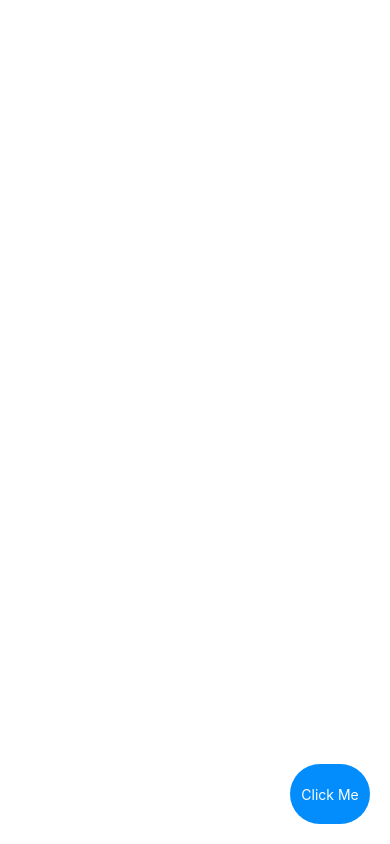
Repository: CodeBunny786/React-Native-Reveal-Animation
Screen: /
These files come from the project's save history. The screen is drawn as it stood at one moment and after the next save; the edit follows.
The app was drawn by React Native's web renderer in a window 390 px wide. The project was rebuilt for these pictures with package versions that can differ from the ones it lists, and the page was loaded fresh each time.

Above is the screen before, as saved 2019-10-28 12:30:52.

### App.js
import React, { Component } from "react";
import { StyleSheet, View, Animated, Text, TouchableWithoutFeedback } from "react-native";

// import { MaterialCommunityIcons as Icon } from "@expo/vector-icons";

export default class animations extends Component {
  state = {
    animation: new Animated.Value(0),
  };
  toggleOpen = () => {
    if (this._open) {
      Animated.timing(this.state.animation, {
        toValue: 0,
        duration: 800,
      }).start();
    } else {
      Animated.timing(this.state.animation, {
        toValue: 1,
        duration: 800,
      }).start();
    }
    this._open = !this._open;
  };
  render() {
    const scaleInterpolate = this.state.animation.interpolate({
      inputRange: [0, 1],
      outputRange: [0, 50],
    });

    const bgStyle = {
      transform: [
        {
          scale: scaleInterpolate,
        },
      ],
    };
    return (
      <View style={styles.container}>
        <Animated.View style={[styles.background, bgStyle]} >

        </Animated.View>

        <TouchableWithoutFeedback onPress={this.toggleOpen}>
          <View style={[styles.button, styles.pay]}>
             <Text style={styles.payText}>Click Me</Text>
          </View>
        </TouchableWithoutFeedback>
      </View>
    );
  }
}

const styles = StyleSheet.create({
  container: {
    flex: 1,
  },
  background: {
    backgroundColor: "#038cfc",
    position: "absolute",
    width: 80,
    height: 60,
    bottom: 20,
    right: 20,
    borderRadius: 30,
  },
  button: {
    width: 80,
    height: 60,
    alignItems: "center",
    justifyContent: "center",
    shadowColor: "#333",
    shadowOpacity: 0.8,
    shadowOffset: { x: 2, y: 0 },
    shadowRadius: 2,
    borderRadius: 30,
    position: "absolute",
    bottom: 20,
    right: 20,
  },
  other: {
    backgroundColor: "#FFF",
  },
  payText: {
    color: "#FFF",
  },
  pay: {
    backgroundColor: "#038cfc",
  },
  label: {
    color: "#FFF",
    position: "absolute",
    fontSize: 18,
    backgroundColor: "transparent",
  },
});

After the next save:
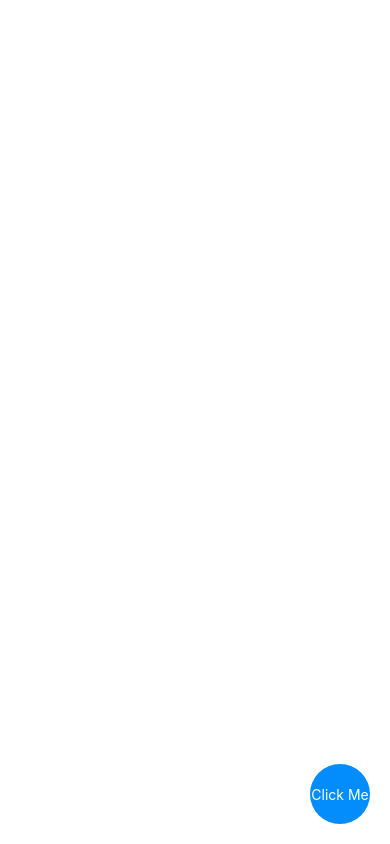
Saved 15 s later.
--- a/App.js
+++ b/App.js
@@ -57,14 +57,14 @@
   background: {
     backgroundColor: "#038cfc",
     position: "absolute",
-    width: 80,
+    width: 60,
     height: 60,
     bottom: 20,
     right: 20,
     borderRadius: 30,
   },
   button: {
-    width: 80,
+    width: 60,
     height: 60,
     alignItems: "center",
     justifyContent: "center",

After the 2 saves that followed:
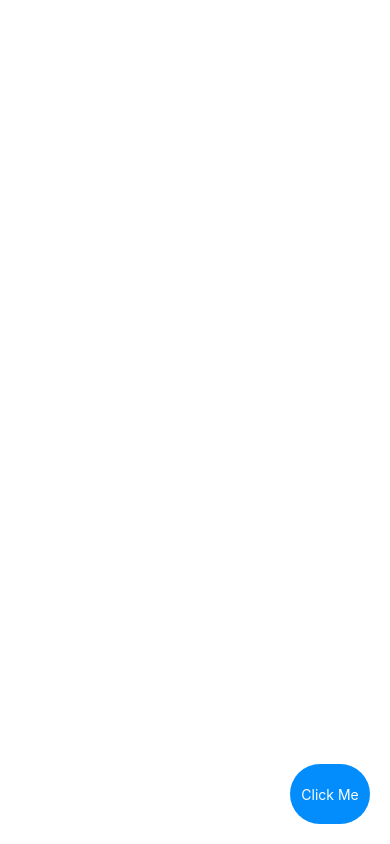
The 2 saves are shown as one change because they came seconds apart.
The last was saved 12 s later.
--- a/App.js
+++ b/App.js
@@ -57,14 +57,14 @@
   background: {
     backgroundColor: "#038cfc",
     position: "absolute",
-    width: 60,
+    width: 80,
     height: 60,
     bottom: 20,
     right: 20,
     borderRadius: 30,
   },
   button: {
-    width: 60,
+    width: 80,
     height: 60,
     alignItems: "center",
     justifyContent: "center",
